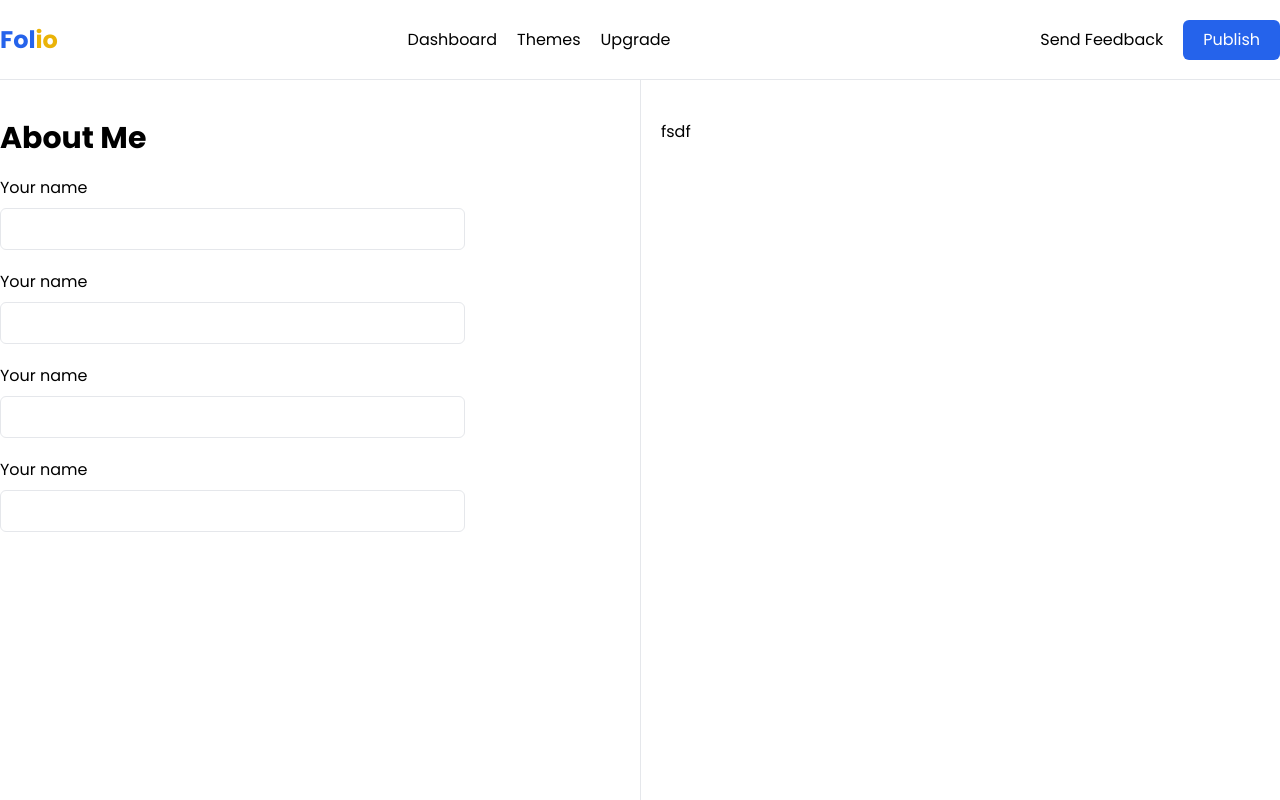
Repository: langford-dev/follio
Page: /
An editor plug-in stored every save of this project. The page is shown before and after a run of saves, followed by the edit.
The browser window is 1280 px wide. The pictures show the whole page.
The project was rebuilt for these pictures with package versions that can differ from the ones it lists, and the page was loaded fresh each time. The framework's server and built-in components were replaced by stand-ins that run in the browser. Also part of the build but not shown: next.config.js, components/pageView.js.

Above is the page before, as saved 2022-03-19 10:57:00.

### pages/_app.js
import { AppProvider } from '../context/context'
import '../styles/globals.css'

function MyApp({ Component, pageProps }) {
  return <AppProvider>
    <Component {...pageProps} />
  </AppProvider>
}

export default MyApp

### pages/index.js
import EditView from '../components/body'
import Header from '../components/header'

export default function Home() {
  return <div>
    <Header />
    <EditView />
  </div>
}

### context/context.js
import { createContext, useEffect } from "react"

export const AppContext = createContext()

export const AppProvider = ({ children }) => {
    return <AppContext.Provider>
        {children}
    </AppContext.Provider>
}

### styles/globals.css
@import url('https://fonts.googleapis.com/css2?family=Poppins:wght@300;400;500;600;700;800&display=swap');

@tailwind base;
@tailwind components;
@tailwind utilities;


html,
body {
  /* background: #e2e8f013; */
  padding: 0;
  margin: 0;
}

a {
  color: inherit;
  text-decoration: none;
}

* {
  box-sizing: border-box;
  font-family: "Poppins", -apple-system, BlinkMacSystemFont, Segoe UI, Roboto, Oxygen,
    Ubuntu, Cantarell, Fira Sans, Droid Sans, Helvetica Neue, sans-serif;
}

### components/body.js
import PageView from "./pageView"

const styles = {
    pageView: `m-auto max-w-screen-xl h-screen pt-20`,
    title: `text-3xl font-bold`,
    flexView: `flex h-screen`,
    editingView: `w-1/2 p-5 pt-10 pl-0`,
    preview: `border-l w-1/2 p-5 pt-10`,
    inputContainer: `flex flex-col mt-5`,
    input: `border p-2 outline-none mt-2 w-9/12 rounded-md`,
    label: ``
}

const EditView = () => {
    return <div className={styles.pageView}>
        <div className={styles.flexView}>
            <div className={styles.editingView}>
                <div className={styles.pageTitle}>
                    <p className={styles.title}>About Me</p>
                    <p className=""></p>
                </div>
                <div className={styles.inputContainer}>
                    <label className={styles.label}>Your name</label>
                    <input type="text" className={styles.input} />
                </div>
                <div className={styles.inputContainer}>
                    <label className={styles.label}>Your name</label>
                    <input type="text" className={styles.input} />
                </div>
                <div className={styles.inputContainer}>
                    <label className={styles.label}>Your name</label>
                    <input type="text" className={styles.input} />
                </div>
                <div className={styles.inputContainer}>
                    <label className={styles.label}>Your name</label>
                    <input type="text" className={styles.input} />
                </div>
            </div>
            <div className={styles.preview}>fsdf</div>
        </div>
    </div>
}

export default EditView

### components/header.js
import Link from "next/link"
import Logo from "./logo"

const styles = {
    header: `border-b h-20 bg-white fixed w-screen top-0 left-0`,
    headerWrapper: `m-auto max-w-screen-xl h-full flex items-center justify-between`,
    button: `bg bg-blue-600 text-white h-10 px-5 flex items-center justify-center rounded-md cursor-pointer`,
    nav: `flex`,
    navLink: `mr-5 hover:text-blue-600 cursor-pointer`,
}

const Header = () => {
    return <header className={styles.header}>
        <div className={styles.headerWrapper}>
            <Logo />
            <nav className={styles.nav}>
                <Link passHref={true} href="/"><p className={styles.navLink}>Dashboard</p></Link>
                <Link passHref={true} href="/"><p className={styles.navLink}>Themes</p></Link>
                <Link passHref={true} href="/"><p className={styles.navLink}>Upgrade</p></Link>
            </nav>
            <div className="flex items-center">
                <p className="mr-5">Send Feedback</p>
                <div className={styles.button}>Publish</div>
            </div>
        </div>
    </header>
}

export default Header

### components/logo.js
const Logo = () => {
    return <p className="font-bold text-2xl text-blue-600">Fol<span className="text-yellow-500">io</span></p>
}

export default Logo

Loaded but not shown: tailwind.config.js (common file)

After the next 2 saves:
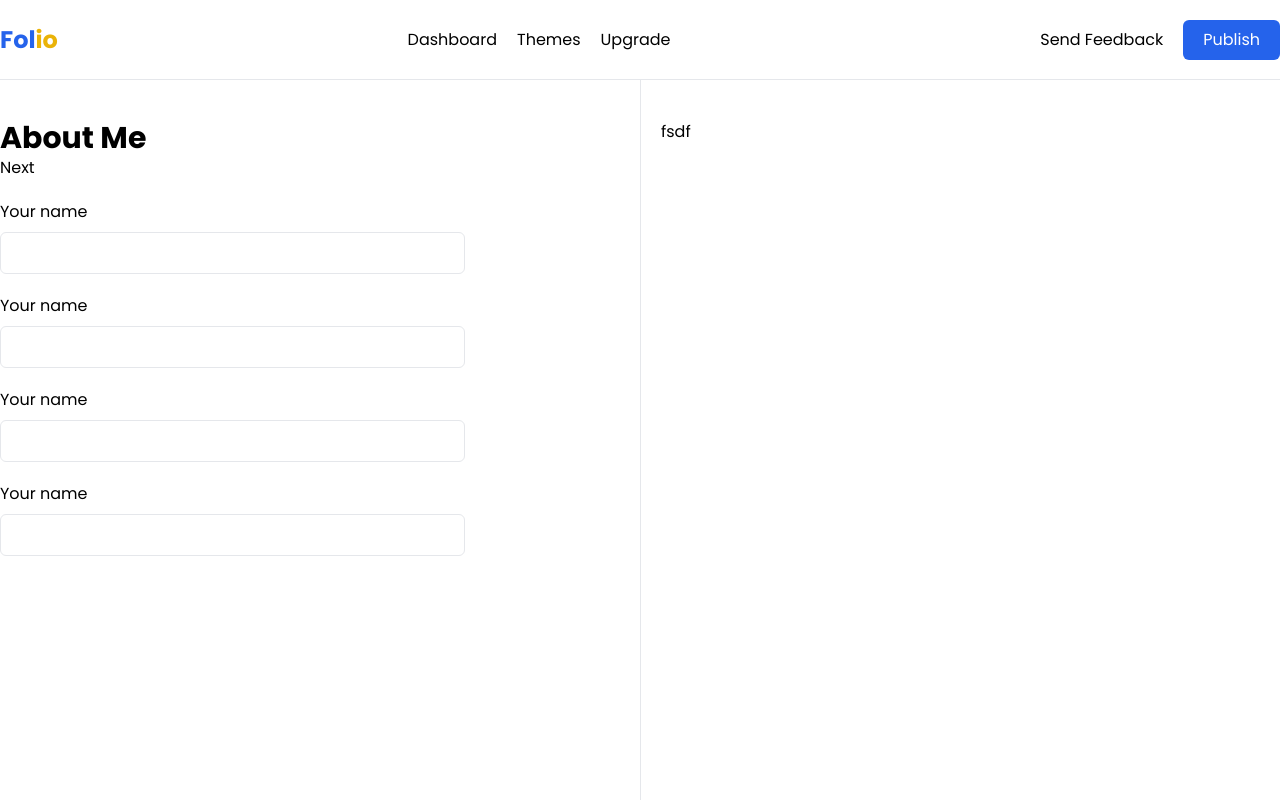
The 2 saves are shown as one change because they came seconds apart.
The last was saved 11 s later.
--- a/components/body.js
+++ b/components/body.js
@@ -17,7 +17,7 @@ const EditView = () => {
             <div className={styles.editingView}>
                 <div className={styles.pageTitle}>
                     <p className={styles.title}>About Me</p>
-                    <p className=""></p>
+                    <p className={styles.textButton}>Next</p>
                 </div>
                 <div className={styles.inputContainer}>
                     <label className={styles.label}>Your name</label>
